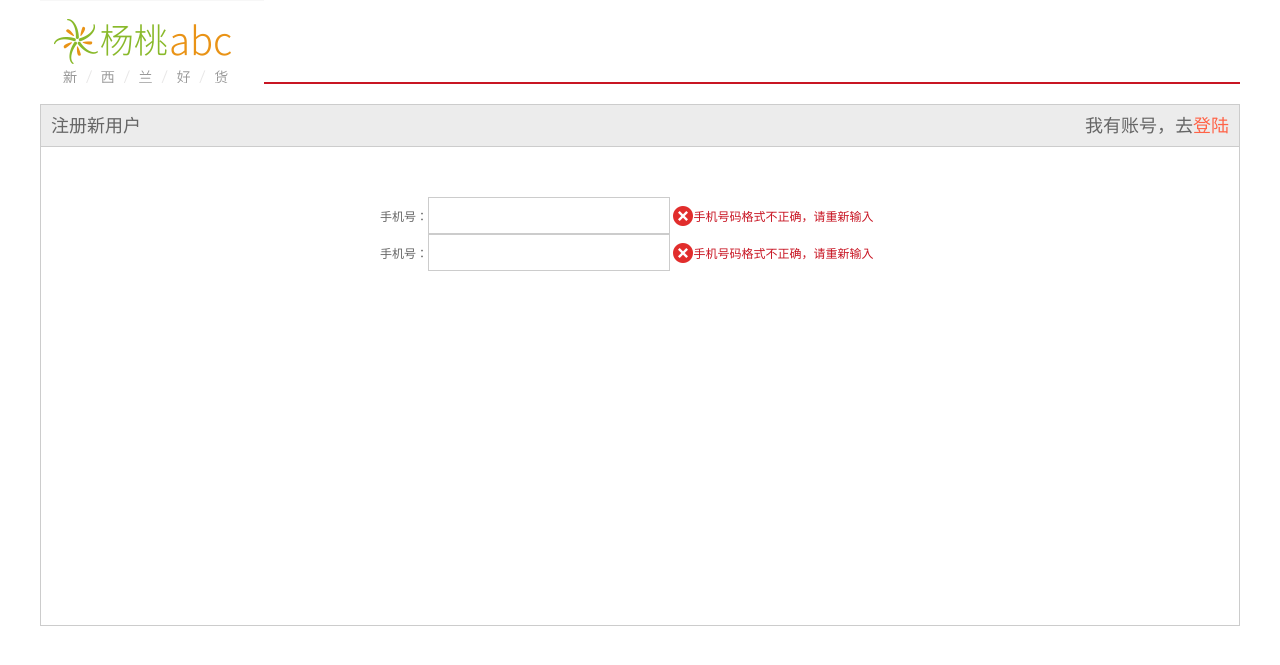
Repository: Jasonlee6789/shoppingWeb
Page: register.html
The author's editor kept a copy of each file at every save. The page is drawn from the files as they stood at one save, then again after the next save.
The browser window is 1280 px wide. The pictures show the whole page.

Above is the page before, as saved 2020-05-29 13:22:02.

After the next save:
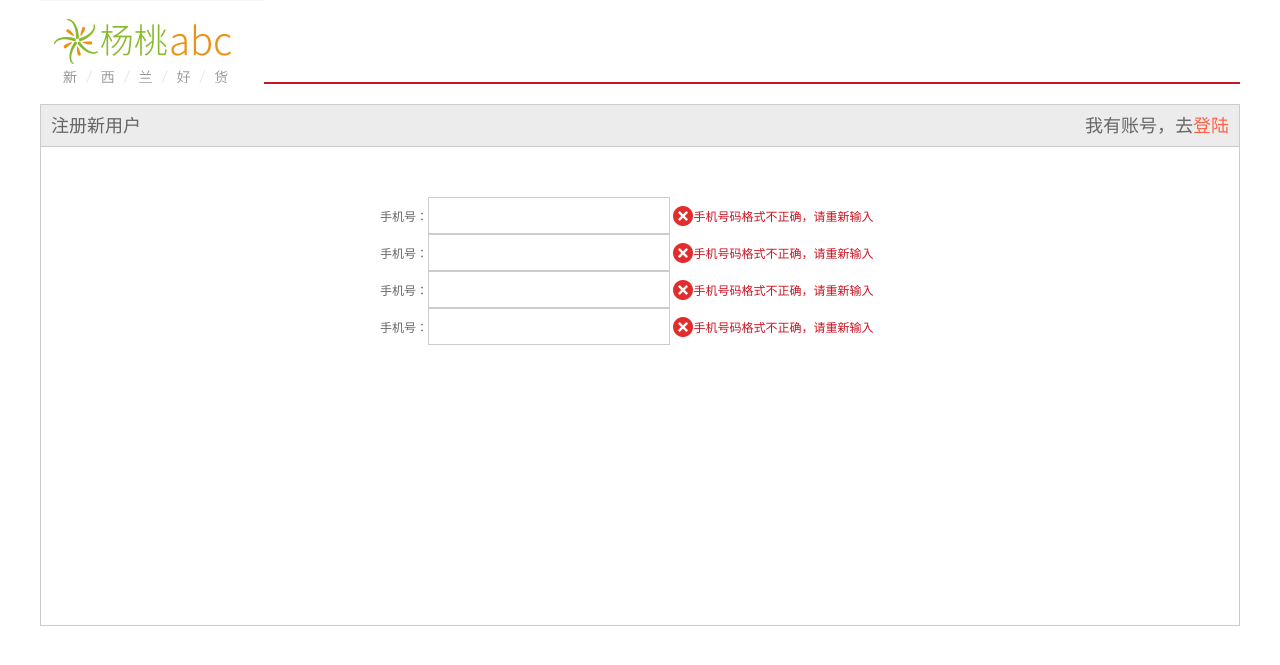
Saved 15 s later.
--- a/register.html
+++ b/register.html
@@ -27,6 +27,10 @@
                         <span class="error"><i class="error_icon"></i>手机号码格式不正确，请重新输入</span></li>
                     <li><label for="">手机号：</label><input type="text">
                         <span class="error"><i class="error_icon"></i>手机号码格式不正确，请重新输入</span></li>
+                    <li><label for="">手机号：</label><input type="text">
+                        <span class="error"><i class="error_icon"></i>手机号码格式不正确，请重新输入</span></li>
+                    <li><label for="">手机号：</label><input type="text">
+                        <span class="error"><i class="error_icon"></i>手机号码格式不正确，请重新输入</span></li>
                 </ul>
             </div>
         </div>
